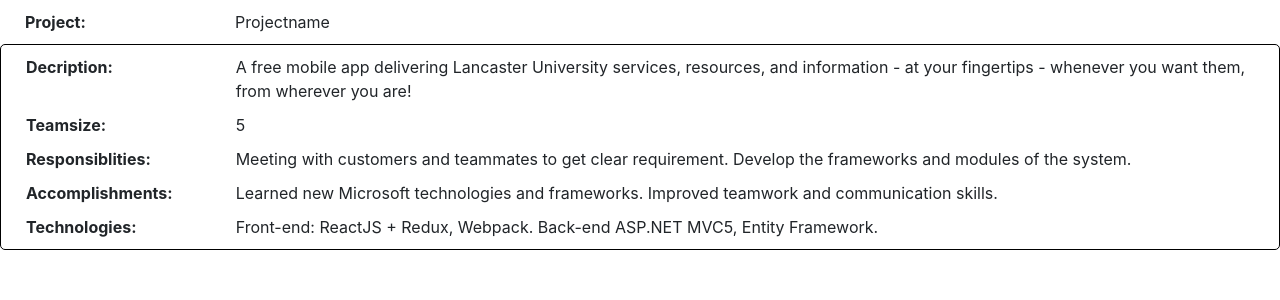
Repository: khoibanh113/mycv
Page: /
An editor plug-in stored every save of this project. The page is shown before and after the next save, followed by the edit.
The browser window is 1280 px wide. The pictures show the whole page.
The project was rebuilt for these pictures with package versions that can differ from the ones it lists, and the page was loaded fresh each time. Also part of the build but not shown: src/css/avatar.css, src/component/avatar.js, src/css/contact.css, src/component/contact.js, src/component/study.js.

Above is the page before, as saved 2021-03-31 14:05:02.

After the next save:
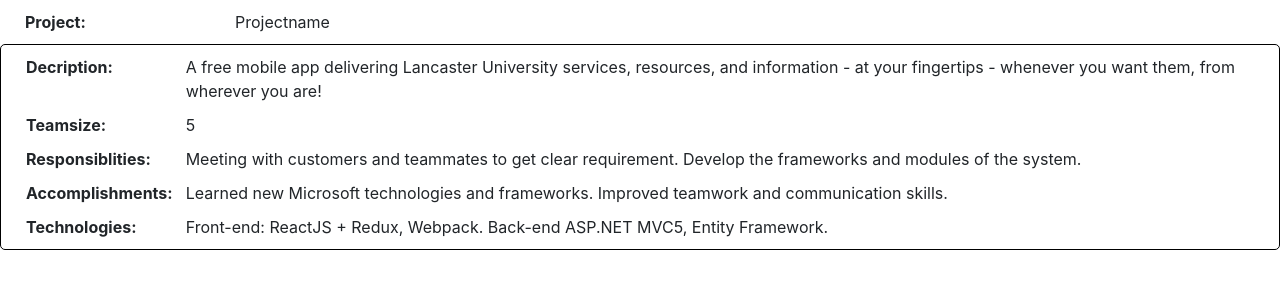
Saved 118 s later.
--- a/src/css/experience.css
+++ b/src/css/experience.css
@@ -7,5 +7,6 @@
     margin: 10px;
 }
 .col-item{
-
+    padding-right: 0px;
+    margin-right: -50px;
 }
